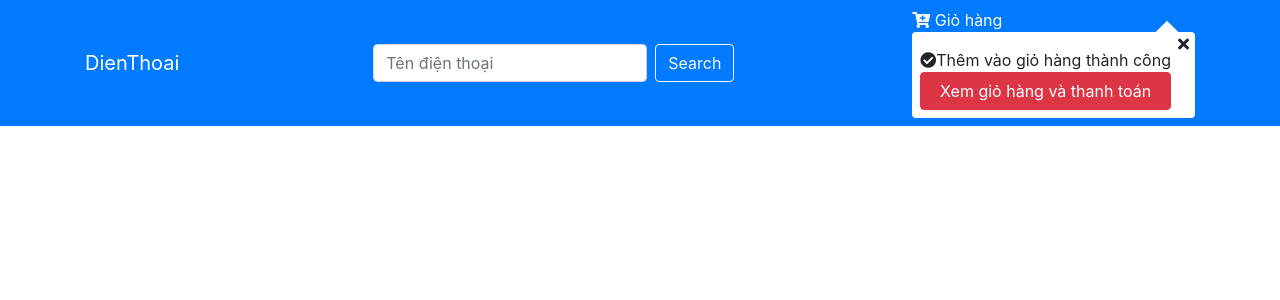
Repository: dovanthao2404/BC14_Bai_Tap_Ban_Dien_Thoai_dovanthao
Page: app/views/index.html
The author's editor kept a copy of each file at every save. The page is drawn from the files as they stood at one save, then again after a run of saves.
The browser window is 1280 px wide. The pictures show the whole page.
Some web libraries are served in a nearby version. The style sheet was rebuilt from its Sass, Less or Tailwind sources for each picture, by a compiler version that may differ from the author's.

Above is the page before, as saved 2021-08-14 16:12:34.
Console error (its wording comes from the project's code and is left out).

After the next 2 saves:
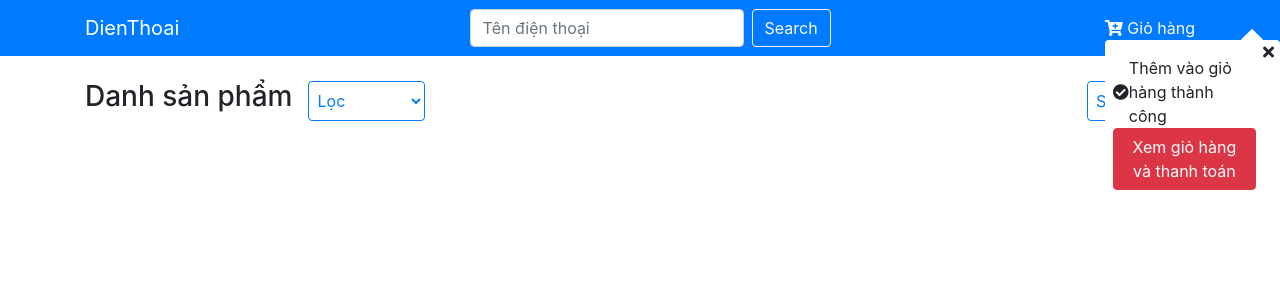
The 2 saves are shown as one change because they came seconds apart.
The last was saved 14 s later.
--- a/assets/scss/main.scss
+++ b/assets/scss/main.scss
@@ -21,7 +21,7 @@
   }
 }
 .notifiSuccess {
-  position: relative;
+  position: absolute;
   &:before {
     content: "";
     position: absolute;
